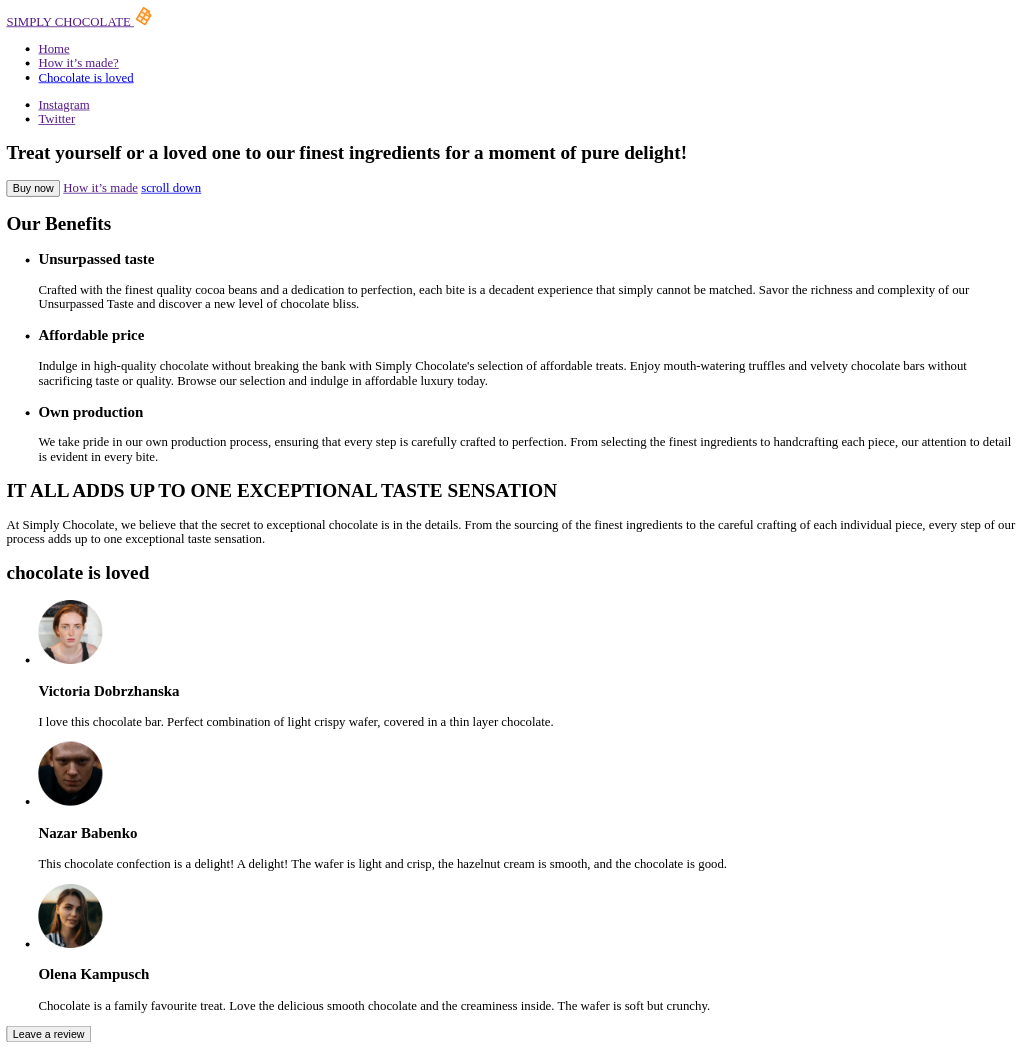
Repository: Sofiia-Khomyk/goit-markup-class-01
Page: index.html
These files come from the project's save history. The page is drawn as it stood at one moment and after the next save; the edit follows.
The browser window is 1280 px wide. The pictures show the whole page, at 80% of full size.

Above is the page before, as saved 2024-11-11 15:52:17.

After the next save:
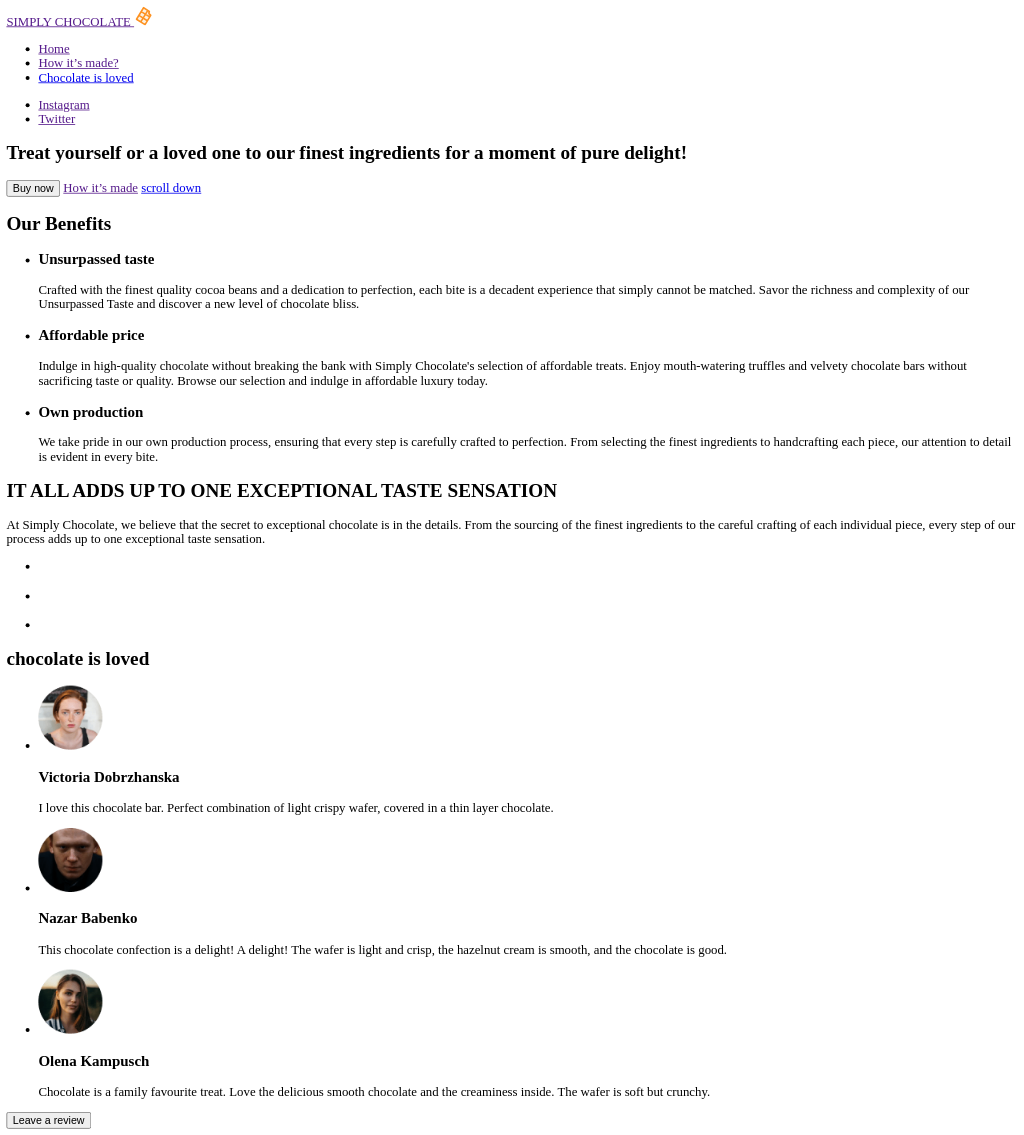
Saved 90 s later.
--- a/index.html
+++ b/index.html
@@ -89,6 +89,20 @@
           ingredients to the careful crafting of each individual piece, every
           step of our process adds up to one exceptional taste sensation.
         </p>
+        <ul>
+          <li>
+            <img src="" alt="" />
+            <h3></h3>
+          </li>
+          <li>
+            <img src="" alt="" />
+            <h3></h3>
+          </li>
+          <li>
+            <img src="" alt="" />
+            <h3></h3>
+          </li>
+        </ul>
       </section>
       <section><h2></h2></section>
       <!-- Reviews Section -->
